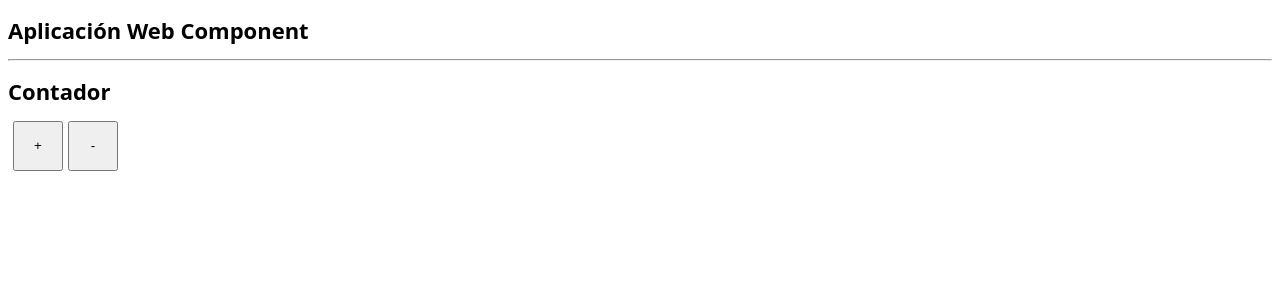
Repository: maxTech2019/Lab-react-C12024
Page: /
The author's editor kept a copy of each file at every save. The page is drawn from the files as they stood at one save, then again after the next save.
The browser window is 1280 px wide. The pictures show the whole page.
The project was rebuilt for these pictures with package versions that can differ from the ones it lists, and the page was loaded fresh each time. Also part of the build but not shown: vite.config.js, src/component/Productos.jsx.

Above is the page before, as saved 2024-06-04 17:05:04.

After the next save:
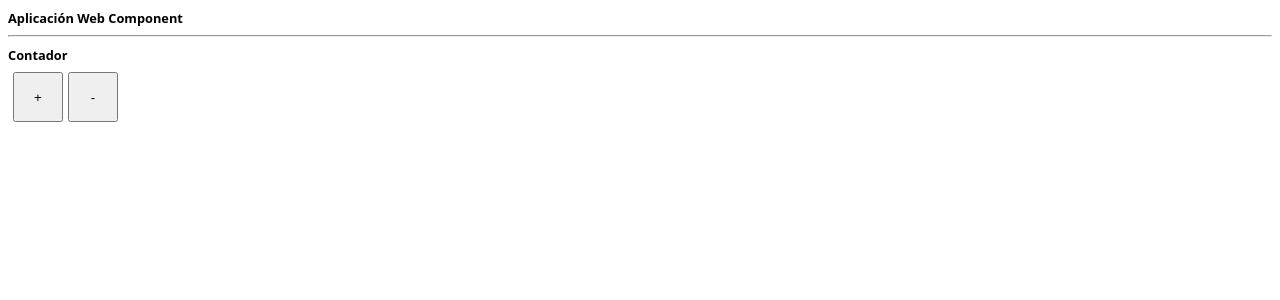
Saved 4 s later.
--- a/src/css/estilos_contuseEffect.css
+++ b/src/css/estilos_contuseEffect.css
@@ -5,5 +5,5 @@
  }
  h1{
     font-family: system-ui;
-    font-size: 22px;
+    font-size: 0.8em;
  }
